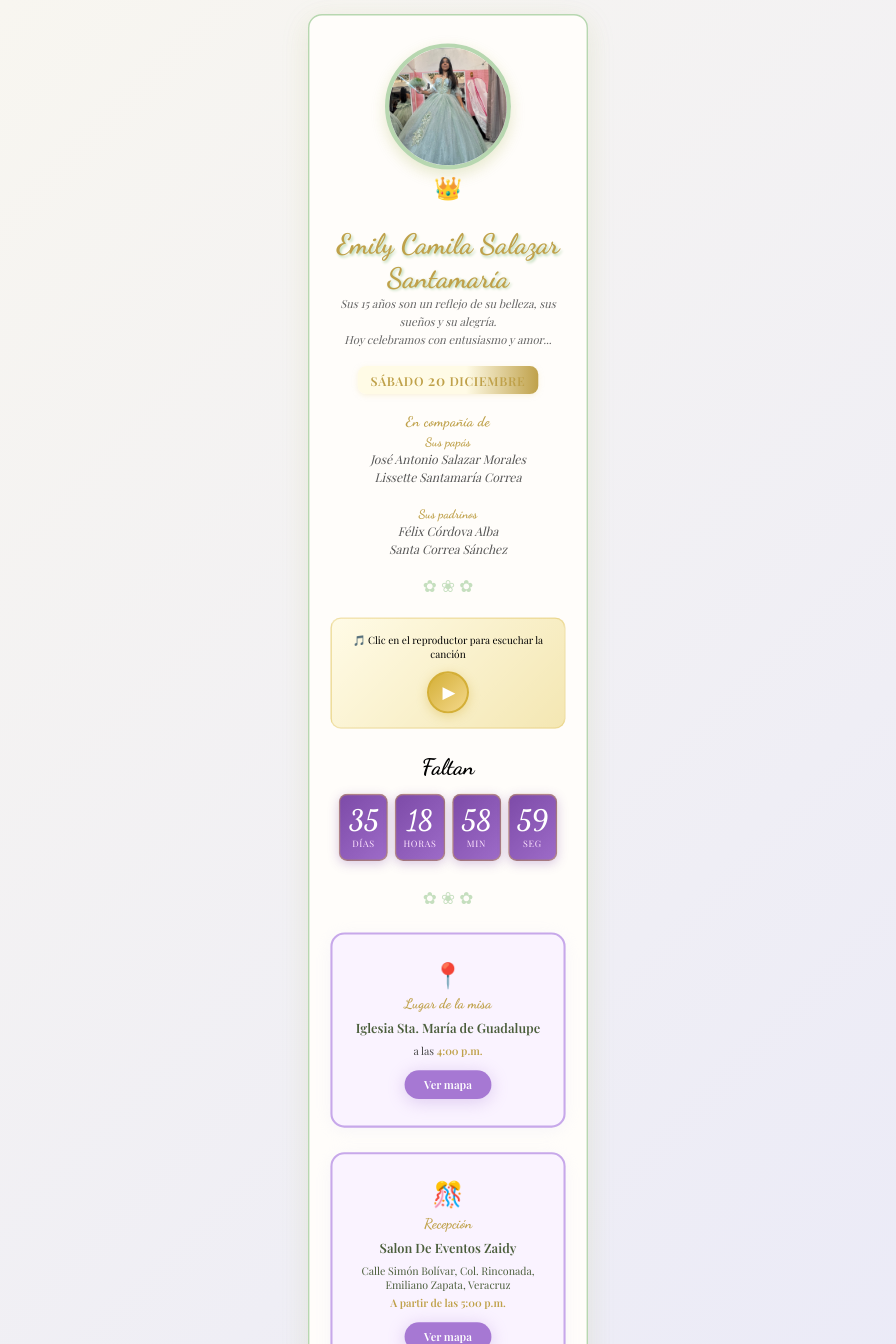
Repository: Jurgt2/InvitacionXvCamila
Page: index.html
An editor plug-in stored every save of this project. The page is shown before and after the next save, followed by the edit.
The browser window is 1280 px wide. The pictures show the part of the page from y = 0 to 1920 px (the page is 3219 px tall), at 70% of full size.
Some web fonts or font styles are not loaded; a fallback is used.

Above is the page before, as saved 2025-11-15 14:19:32.
Console error: TypeError: Cannot read properties of null (reading 'href')

### index.html
<!DOCTYPE html>
<html lang="es">
<head>
    <meta charset="UTF-8">
    <meta name="viewport" content="width=device-width, initial-scale=1.0">
    <title>Mis 15 Años - María Camila</title>

    <!-- Google Fonts -->
    <link rel="preconnect" href="https://fonts.googleapis.com">
    <link rel="preconnect" href="https://fonts.gstatic.com" crossorigin>
    <link href="https://fonts.googleapis.com/css2?family=Dancing+Script:wght@400;700&family=Playfair+Display:ital,wght@0,400;0,600;1,400&display=swap" rel="stylesheet">

    <!-- Estilos personalizados -->
    <link rel="stylesheet" href="style.css">
</head>
<body>
    <!-- Contenedor principal -->
    <div class="container">
    <!-- Encabezado superior eliminado -->
        <!-- 1. Foto circular de la quinceañera -->
        <div class="photo-section">
            <div class="photo-frame">
                <img src="quinceanera.jpg" alt="Emily Camila" class="quinceanera-photo">
            </div>
            <div class="crown-decoration">👑</div>
        </div>
        <!-- 2. Título principal -->
        <h1 class="main-title" style="font-family: 'Dancing Script', cursive; font-size: 2.5rem; font-weight: 700; color: #7d4ba8; text-align: center; margin: 20px 0 0 0;">
            <span style="font-size:2.5rem; color:#bfa14a; font-family: 'Dancing Script', cursive; font-weight: 700;">Emily Camila Salazar Santamaría</span>
        </h1>
        <!-- 3. Subtítulo descriptivo -->
        <p class="subtitle">
            Sus 15 años son un reflejo de su belleza, sus sueños y su alegría.<br>
            Hoy celebramos con entusiasmo y amor...
        </p>
        <!-- Fecha destacada (ahora debajo del texto) -->
        <div class="fecha-xv" style="text-align:center; margin:10px 0 18px 0;">
            <span style="display:inline-block; background:linear-gradient(90deg,#fffbe6 60%,#bfa14a 100%); color:#bfa14a; border-radius:12px; padding:6px 18px; font-size:1.1rem; font-weight:600; letter-spacing:1px; box-shadow:0 2px 8px #f3eac080;">SÁBADO <span style="color:#bfa14a; font-size:1.3rem;">20</span> DICIEMBRE</span>
        </div>
        <!-- Nombres de papás y padrinos (formato elegante) -->
        <div class="familia-xv" style="text-align:center; margin:28px 0 18px 0;">
            <span style="color:#bfa14a; font-size:1.25rem; font-family:'Dancing Script',cursive; font-weight:700; letter-spacing:0.5px; display:block; margin-bottom:6px;">En compañía de</span>
            <div style="display:flex; justify-content:center; align-items:flex-start; gap:32px; flex-wrap:wrap; margin-bottom:6px;">
                <div style="min-width:140px;">
                    <span style="color:#bfa14a; font-size:1.1rem; font-family:'Dancing Script',cursive; font-weight:700; display:block; margin-bottom:2px;">Sus papás</span>
                    <span style="display:block; color:#555; font-size:1.08rem; font-family:'Playfair Display',serif; font-style:italic; margin-bottom:2px;">José Antonio Salazar Morales</span>
                    <span style="display:block; color:#555; font-size:1.08rem; font-family:'Playfair Display',serif; font-style:italic;">Lissette Santamaría Correa</span>
                </div>
                <div style="min-width:140px;">
                    <span style="color:#bfa14a; font-size:1.1rem; font-family:'Dancing Script',cursive; font-weight:700; display:block; margin-bottom:2px;">Sus padrinos</span>
                    <span style="display:block; color:#555; font-size:1.08rem; font-family:'Playfair Display',serif; font-style:italic; margin-bottom:2px;">Félix Córdova Alba</span>
                    <span style="display:block; color:#555; font-size:1.08rem; font-family:'Playfair Display',serif; font-style:italic;">Santa Correa Sánchez</span>
                </div>
            </div>
        </div>
        <!-- Decoración floral -->
        <div class="floral-divider">✿ ❀ ✿</div>

        <!-- 4. Reproductor de música -->
        <div class="music-section">
            <p class="music-instruction">🎵 Clic en el reproductor para escuchar la canción</p>
            <button id="playButton" class="play-button" aria-label="Reproducir música">
                <span id="playIcon">▶</span>
            </button>
            <audio id="audioPlayer" loop>
                <source src="musica.mp3" type="audio/mpeg">
                Tu navegador no soporta el elemento de audio.
            </audio>
        </div>

        <!-- 5. Cuenta regresiva -->
        <div class="countdown-section">
            <h2 class="section-title">Faltan</h2>
            <div class="countdown-container">
                <div class="countdown-box">
                    <div class="countdown-number" id="days">00</div>
                    <div class="countdown-label">Días</div>
                </div>
                <div class="countdown-box">
                    <div class="countdown-number" id="hours">00</div>
                    <div class="countdown-label">Horas</div>
                </div>
                <div class="countdown-box">
                    <div class="countdown-number" id="minutes">00</div>
                    <div class="countdown-label">Min</div>
                </div>
                <div class="countdown-box">
                    <div class="countdown-number" id="seconds">00</div>
                    <div class="countdown-label">Seg</div>
                </div>
            </div>
            <p id="countdownMessage" class="countdown-message"></p>
        </div>

        <!-- Decoración floral -->
        <div class="floral-divider">✿ ❀ ✿</div>

        <!-- 6. Sección LUGAR -->
        <div class="cuadro-misa" style="background: #faf3ff; border: 3px solid #c7a8ea; border-radius: 20px; padding: 32px 18px 38px 18px; margin: 35px 0; text-align: center; box-shadow: 0 4px 24px #e6e6fa55;">
            <div style="font-size:2.2rem; margin-bottom: 8px; color:#bfa14a;">📍</div>
                <div style="font-family: 'Dancing Script', cursive; font-size:1.25rem; color:#bfa14a; margin-bottom: 10px; font-weight: 700;">Lugar de la misa</div>
                <div style="font-family: 'Playfair Display', serif; font-size:1.15rem; color:#4b5e3c; font-weight:700; margin-bottom: 10px;">Iglesia Sta. María de Guadalupe</div>
                <div style="font-size:0.95rem; color:#444; margin-bottom: 18px;">a las <span style="color:#bfa14a; font-weight:700;">4:00 p.m.</span></div>
                <a href="https://maps.app.goo.gl/ystdQ5vSETh3HKnf7" target="_blank" rel="noopener noreferrer" style="display:inline-block; background:#a678d3; color:#fff; font-family:'Playfair Display',serif; font-size:1rem; font-weight:600; border-radius:32px; padding:10px 28px; text-decoration:none; box-shadow:0 4px 24px #a678d355; transition:background 0.2s;">Ver mapa</a>
        </div>

        <!-- 7. Sección RECEPCIÓN -->
        <div class="cuadro-recepcion" style="background: #faf3ff; border: 3px solid #c7a8ea; border-radius: 20px; padding: 32px 18px 38px 18px; margin: 35px 0; text-align: center; box-shadow: 0 4px 24px #e6e6fa55;">
            <div style="font-size:2.2rem; margin-bottom: 8px; color:#bfa14a;">🎊</div>
            <div style="font-family: 'Dancing Script', cursive; font-size:1.25rem; color:#bfa14a; margin-bottom: 10px; font-weight: 700;">Recepción</div>
            <div style="font-family: 'Playfair Display', serif; font-size:1.15rem; color:#4b5e3c; font-weight:700; margin-bottom: 10px;">Salon De Eventos Zaidy</div>
            <div style="font-family: 'Playfair Display', serif; font-size:0.95rem; color:#4b5e3c; margin-bottom: 6px;">Calle Simón Bolívar, Col. Rinconada, Emiliano Zapata, Veracruz</div>
            <div style="font-family: 'Playfair Display', serif; font-size:0.95rem; color:#bfa14a; font-weight:700; margin-bottom: 18px;">A partir de las 5:00 p.m.</div>
            <a href="https://maps.app.goo.gl/BLjvQERLtKDqoa328" target="_blank" rel="noopener noreferrer" style="display:inline-block; background:#a678d3; color:#fff; font-family:'Playfair Display',serif; font-size:1rem; font-weight:600; border-radius:32px; padding:10px 28px; text-decoration:none; box-shadow:0 4px 24px #a678d355; transition:background 0.2s;">Ver mapa</a>
        </div>
        <!-- 8. Sección ITINERARIO -->
        <div class="cuadro-itinerario" style="background: #faf3ff; border: 3px solid #c7a8ea; border-radius: 20px; padding: 32px 18px 38px 18px; margin: 35px 0; text-align: center; box-shadow: 0 4px 24px #e6e6fa55;">
            <div style="font-size:2.2rem; margin-bottom: 8px; color:#bfa14a;">📋</div>
            <div style="font-family: 'Dancing Script', cursive; font-size:1.7rem; color:#bfa14a; margin-bottom: 18px; font-weight: 700;">Itinerario</div>
            <div style="width:100%; max-width:420px; margin:0 auto;">
                <div style="display:flex; align-items:center; justify-content:space-between; padding:12px 0 12px 0; border-bottom:1px solid #e0d3f7;">
                    <span style="font-size:1.3rem; margin-right:10px; color:#bfa14a;">🎉</span>
                    <span style="flex:1; text-align:left; font-family:'Playfair Display',serif; font-size:1.05rem; color:#444;">Recepción</span>
                    <span style="font-family:'Playfair Display',serif; font-size:1.05rem; color:#bfa14a; font-weight:600; min-width:80px; text-align:right;">5:00 pm</span>
                </div>
                <div style="display:flex; align-items:center; justify-content:space-between; padding:12px 0 12px 0; border-bottom:1px solid #e0d3f7;">
                    <span style="font-size:1.3rem; margin-right:10px; color:#bfa14a;">🍽️</span>
                    <span style="flex:1; text-align:left; font-family:'Playfair Display',serif; font-size:1.05rem; color:#444;">Comida</span>
                    <span style="font-family:'Playfair Display',serif; font-size:1.05rem; color:#bfa14a; font-weight:600; min-width:80px; text-align:right;">5:30 pm</span>
                </div>
                <div style="display:flex; align-items:center; justify-content:space-between; padding:12px 0 12px 0; border-bottom:1px solid #e0d3f7;">
                    <span style="font-size:1.3rem; margin-right:10px; color:#bfa14a;">👑</span>
                    <span style="flex:1; text-align:left; font-family:'Playfair Display',serif; font-size:1.05rem; color:#444;">Ingreso de la quinceañera</span>
                    <span style="font-family:'Playfair Display',serif; font-size:1.05rem; color:#bfa14a; font-weight:600; min-width:80px; text-align:right;">5:45 pm</span>
                </div>
                <div style="display:flex; align-items:center; justify-content:space-between; padding:12px 0 12px 0; border-bottom:1px solid #e0d3f7;">
                    <span style="font-size:1.3rem; margin-right:10px; color:#bfa14a;">💃</span>
                    <span style="flex:1; text-align:left; font-family:'Playfair Display',serif; font-size:1.05rem; color:#444;">Protocolo y vals</span>
                    <span style="font-family:'Playfair Display',serif; font-size:1.05rem; color:#bfa14a; font-weight:600; min-width:80px; text-align:right;">8:00 pm</span>
                </div>
                <div style="display:flex; align-items:center; justify-content:space-between; padding:12px 0 12px 0; border-bottom:1px solid #e0d3f7;">
                    <span style="font-size:1.3rem; margin-right:10px; color:#bfa14a;">🥂</span>
                    <span style="flex:1; text-align:left; font-family:'Playfair Display',serif; font-size:1.05rem; color:#444;">Brindis y dedicatoria</span>
                    <span style="font-family:'Playfair Display',serif; font-size:1.05rem; color:#bfa14a; font-weight:600; min-width:80px; text-align:right;">8:30 pm</span>
                </div>
                <div style="display:flex; align-items:center; justify-content:space-between; padding:12px 0 12px 0;">
                    <span style="font-size:1.3rem; margin-right:10px; color:#bfa14a;">🌙</span>
                    <span style="flex:1; text-align:left; font-family:'Playfair Display',serif; font-size:1.05rem; color:#444;">Cierre del evento</span>
                    <span style="font-family:'Playfair Display',serif; font-size:1.05rem; color:#bfa14a; font-weight:600; min-width:80px; text-align:right;">HASTA AMANECER</span>
                </div>
            </div>
        </div>

        <!-- Decoración floral -->
        <div class="floral-divider">✿ ❀ ✿</div>

        <!-- 9. Sección CONFIRMAR ASISTENCIA -->
        <div class="cuadro-rsvp" style="background: #faf3ff; border: 3px solid #f3d37a; border-radius: 20px; padding: 32px 18px 38px 18px; margin: 35px 0; text-align: center; box-shadow: 0 4px 24px #e6e6fa55;">
            <div style="font-size:2.2rem; margin-bottom: 8px; color:#bfa14a;">💌</div>
            <div style="font-family: 'Dancing Script', cursive; font-size:1.7rem; color:#bfa14a; margin-bottom: 18px; font-weight: 700;">Confirmar Asistencia</div>
            <div style="font-family: 'Playfair Display', serif; font-size:1.1rem; color:#888; font-style:italic; margin-bottom: 28px;">Por favor confirmar antes del 12 de noviembre</div>
            <a href="https://wa.me/522791007933?text=Hola%2C%20confirmo%20mi%20asistencia%20a%20los%2015%20a%C3%B1os%20de%20Emily%20Camila.%20%C2%A1Ser%C3%A1%20un%20honor%20acompa%C3%B1arla%20en%20su%20d%C3%ADa%20especial!%20%F0%9F%92%96%F0%9F%8E%89" target="_blank" rel="noopener noreferrer" style="display:inline-block; background:#bfa14a; color:#fff; font-family:'Playfair Display',serif; font-size:1.3rem; font-weight:600; border-radius:32px; padding:14px 44px; text-decoration:none; box-shadow:0 4px 24px #bfa14a55; transition:background 0.2s;">Confirmar aquí</a>
        </div>

        <!-- Footer decorativo -->
        <div class="footer">
            <div style="text-align: center; margin-top: 40px; margin-bottom: 10px;">
                <span style="
                    font-family: 'Dancing Script', cursive;
                    font-size: 2.2rem;
                    color: #bfa14a;
                    font-weight: 400;
                    letter-spacing: 0.5px;
                    display: inline-block;
                    background: none;
                    padding: 0;
                    margin: 0;
                ">¡Será un honor contar con tu presencia!</span>
            </div>
            <div class="floral-divider">✿ ❀ ✿</div>
        </div>

    </div>

    <!-- Script JavaScript -->
    <script src="script.js"></script>
</body>
</html>

### style.css
/* ==========================================
   INVITACIÓN QUINCEAÑERA - DULCE PRIMAVERA
   Tema: Morado, Rosa y Dorado
   ========================================== */

/* Reset y configuración base */
* {
    margin: 0;
    padding: 0;
    box-sizing: border-box;
}

body {
    font-family: 'Playfair Display', serif;
    background: linear-gradient(135deg, #f8f6f0 0%, #e6e6fa 100%);
    min-height: 100vh;
    padding: 20px;
    color: #333;
    overflow-x: hidden;
}

/* Contenedor principal */
.container {
    max-width: 400px;
    margin: 0 auto;
    background: #fffdfa;
    border-radius: 20px;
    padding: 40px 30px;
    box-shadow: 0 10px 40px rgba(183, 215, 176, 0.15), 0 10px 40px rgba(212, 175, 55, 0.08);
    border: 2px solid #b7d7b0;
    position: relative;
}

/* ==========================================
   1. SECCIÓN DE FOTO
   ========================================== */
.photo-section {
    text-align: center;
    margin-bottom: 30px;
    position: relative;
}

.photo-frame {
    width: 180px;
    height: 180px;
    margin: 0 auto;
    border-radius: 50%;
    border: 6px solid #b7d7b0;
    overflow: hidden;
    box-shadow: 0 8px 20px rgba(183, 215, 176, 0.25), 0 8px 20px rgba(212, 175, 55, 0.15);
    position: relative;
}

.quinceanera-photo {
    width: 100%;
    height: 100%;
    object-fit: cover;
}

.crown-decoration {
    font-size: 2rem;
    margin-top: 10px;
    animation: float 3s ease-in-out infinite;
}

@keyframes float {
    0%, 100% { transform: translateY(0); }
    50% { transform: translateY(-10px); }
}

/* ==========================================
   2. TÍTULO PRINCIPAL
   ========================================== */
.main-title {
    font-family: 'Dancing Script', cursive;
    font-size: 3rem;
        color: #7d4ba8;
    text-align: center;
    margin: 20px 0;
    text-shadow: 2px 2px 4px #b7d7b0;
    font-weight: 700;
}

/* ==========================================
   3. SUBTÍTULO
   ========================================== */
.subtitle {
    font-size: 1rem;
    font-style: italic;
    text-align: center;
    color: #666;
    line-height: 1.6;
    margin-bottom: 25px;
    padding: 0 10px;
}

/* ==========================================
   DECORACIONES FLORALES
   ========================================== */
.floral-divider {
    text-align: center;
    font-size: 1.5rem;
    color: #b7d7b0;
    margin: 25px 0;
    opacity: 0.8;
}

/* ==========================================
   4. REPRODUCTOR DE MÚSICA
   ========================================== */
.music-section {
    text-align: center;
    margin: 30px 0;
    padding: 20px;
    background: linear-gradient(135deg, #fffbe6 0%, #f4e7b3 100%);
    border-radius: 15px;
    border: 2px solid rgba(212, 175, 55, 0.3);
}

.music-instruction {
    font-size: 0.9rem;
    color: #000000;
    margin-bottom: 15px;
}

.play-button {
    width: 60px;
    height: 60px;
    border-radius: 50%;
    border: 3px solid #d4af37;
    background: linear-gradient(135deg, #d4af37 0%, #f4d88a 100%);
    color: white;
    font-size: 1.5rem;
    cursor: pointer;
    transition: all 0.3s ease;
    box-shadow: 0 4px 15px rgba(212, 175, 55, 0.4);
    display: flex;
    align-items: center;
    justify-content: center;
    margin: 0 auto;
}

.play-button:hover {
    transform: scale(1.1);
    box-shadow: 0 6px 20px rgba(212, 175, 55, 0.6);
}

.play-button:active {
    transform: scale(0.95);
}

#playIcon {
    display: inline-block;
    margin-left: 3px;
}

/* ==========================================
   5. CUENTA REGRESIVA
   ========================================== */
.countdown-section {
    margin: 35px 0;
    text-align: center;
}

.section-title {
    font-family: 'Dancing Script', cursive;
    font-size: 2rem;
        color: #000000;
    margin-bottom: 20px;
    text-align: center;
}

.countdown-container {
    display: flex;
    justify-content: center;
    gap: 10px;
    flex-wrap: wrap;
}

.countdown-box {
    background: linear-gradient(135deg, #7d4ba8 0%, #9d6bc8 100%);
    border-radius: 12px;
    padding: 15px 10px;
    min-width: 70px;
    box-shadow: 0 4px 15px rgba(125, 75, 168, 0.3);
    border: 2px solid rgba(212, 175, 55, 0.4);
}

.countdown-number {
    font-family: 'Dancing Script', cursive;
    font-size: 2.5rem;
    color: white;
    font-weight: 700;
    line-height: 1;
}

.countdown-label {
    font-size: 0.8rem;
    color: #ffe6ff;
    margin-top: 5px;
    text-transform: uppercase;
    letter-spacing: 1px;
}

.countdown-message {
    margin-top: 20px;
    font-family: 'Dancing Script', cursive;
    font-size: 1.5rem;
    color: #d4af37;
    font-weight: 700;
        color: #666;

/* ==========================================
   6. SECCIÓN LUGAR
   ========================================== */
.location-section {
    text-align: center;
    margin: 35px 0;
    padding: 25px;
    background: #fff;
    border-radius: 15px;
    border: 2.5px solid #d4af37;
    box-shadow: 0 4px 16px rgba(212, 175, 55, 0.10);
}

.location-name {
    font-size: 1.1rem;
        color: #555;
    margin: 15px 0 20px 0;
    font-weight: 600;
}

/* ==========================================
   7. ITINERARIO
   ========================================== */
.itinerary-section {
    margin: 35px 0;
    padding: 25px;
    background: linear-gradient(135deg, #f8f6f0 0%, #e6e6fa 100%);
    border-radius: 15px;
    border: 2px solid #b7d7b0;
    box-shadow: 0 4px 16px rgba(183, 215, 176, 0.10);
}

.itinerary-list {
    list-style: none;
    margin-top: 20px;
}

.itinerary-item {
    display: flex;
    align-items: center;
    padding: 12px 0;
    border-bottom: 1px solid rgba(125, 75, 168, 0.1);
}

.itinerary-item:last-child {
    border-bottom: none;
}

.itinerary-icon {
    font-size: 1.3rem;
    margin-right: 12px;
    min-width: 30px;
}

.itinerary-text {
    flex: 1;
    font-size: 0.95rem;
        color: #555;
}

.itinerary-time {
    font-size: 0.9rem;
    color: #7d4ba8;
    font-weight: 600;
    min-width: 70px;
    text-align: right;
}

/* ==========================================
   8. CONFIRMAR ASISTENCIA
   ========================================== */
.rsvp-section {
    text-align: center;
    margin: 35px 0;
    padding: 25px;
    background: linear-gradient(135deg, #fff0ff 0%, #fffaff 100%);
    border-radius: 15px;
    border: 2px solid rgba(212, 175, 55, 0.3);
}

.rsvp-text {
    font-size: 1rem;
        color: #666;
    margin: 15px 0 20px 0;
    font-style: italic;
}

/* ==========================================
   BOTONES
   ========================================== */
.btn {
    display: inline-block;
    padding: 12px 30px;
    border-radius: 25px;
    text-decoration: none;
    font-size: 1rem;
    font-weight: 600;
    transition: all 0.3s ease;
    cursor: pointer;
    border: none;
    text-align: center;
    font-family: 'Playfair Display', serif;
}

.btn-primary {
    background: linear-gradient(135deg, #7d4ba8 0%, #9d6bc8 100%);
    color: white;
    box-shadow: 0 4px 15px rgba(125, 75, 168, 0.3);
}

.btn-primary:hover {
    transform: scale(1.05);
    box-shadow: 0 6px 20px rgba(125, 75, 168, 0.5);
    background: linear-gradient(135deg, #6a3d92 0%, #8a5ab4 100%);
}

.btn-primary:active {
    transform: scale(0.98);
}

/* ==========================================
   FOOTER
   ========================================== */
.footer {
    text-align: center;
    margin-top: 40px;
    padding-top: 20px;
    border-top: 2px solid rgba(125, 75, 168, 0.1);
}

.footer-text {
    font-family: 'Dancing Script', cursive;
    font-size: 1.3rem;
        color: #7d4ba8;
    margin-bottom: 15px;
}

/* ==========================================
   RESPONSIVE DESIGN
   ========================================== */
@media (max-width: 450px) {
    .container {
        padding: 30px 20px;
    }

    .main-title {
        font-size: 2.5rem;
    }

    .countdown-box {
        min-width: 65px;
        padding: 12px 8px;
    }

    .countdown-number {
        font-size: 2rem;
    }

    .section-title {
        font-size: 1.7rem;
    }

    .itinerary-text {
        font-size: 0.85rem;
    }

    .itinerary-time {
        font-size: 0.8rem;
        min-width: 60px;
    }
}

@media (max-width: 350px) {
    .photo-frame {
        width: 150px;
        height: 150px;
    }

    .main-title {
        font-size: 2.2rem;
    }

    .countdown-container {
        gap: 8px;
    }

    .countdown-box {
        min-width: 60px;
        padding: 10px 5px;
    }

    .countdown-number {
        font-size: 1.8rem;
    }
}

Loaded but not shown: script.js (157 lines, source omitted)

After the next save:
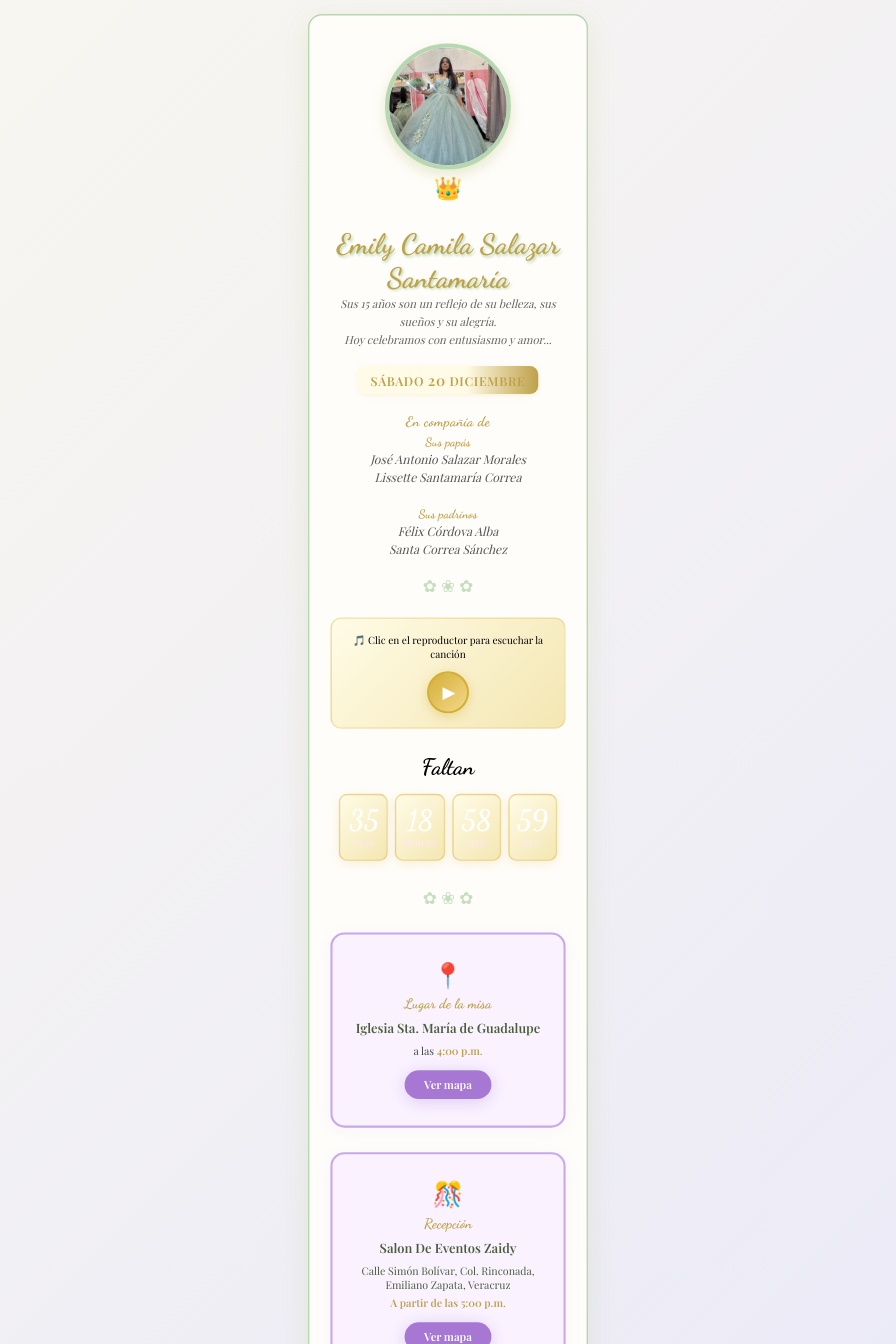
Saved 32 s later.
--- a/style.css
+++ b/style.css
@@ -178,11 +178,11 @@ body {
 }
 
 .countdown-box {
-    background: linear-gradient(135deg, #7d4ba8 0%, #9d6bc8 100%);
+    background: linear-gradient(135deg, #fffbe6 0%, #f4e7b3 100%);
     border-radius: 12px;
     padding: 15px 10px;
     min-width: 70px;
-    box-shadow: 0 4px 15px rgba(125, 75, 168, 0.3);
+    box-shadow: 0 4px 15px rgba(212, 175, 55, 0.18);
     border: 2px solid rgba(212, 175, 55, 0.4);
 }
 
